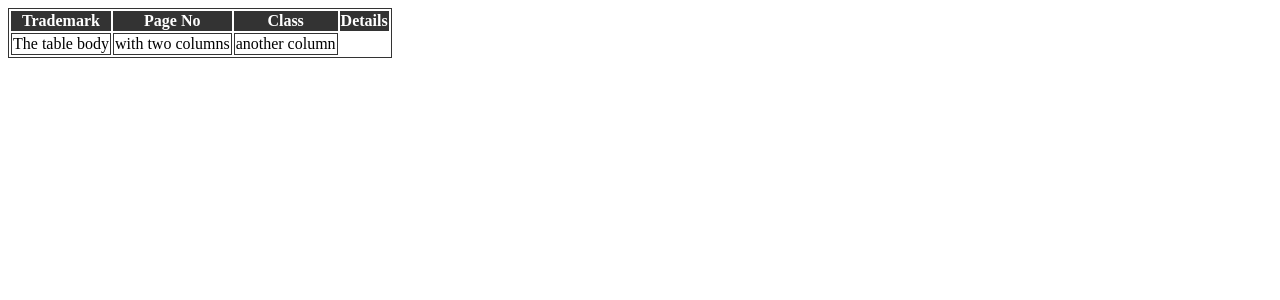
Repository: ishanbassi/trademark-gazette-searcher
Page: /
The author's editor kept a copy of each file at every save. The page is drawn from the files as they stood at one save, then again after the next save.
The browser window is 1280 px wide. The pictures show the whole page.
The project was rebuilt for these pictures with package versions that can differ from the ones it lists, and the page was loaded fresh each time. The framework's server and built-in components were replaced by stand-ins that run in the browser. Also part of the build but not shown: next.config.js.

Above is the page before, as saved 2022-04-04 15:58:12.

### pages/_app.tsx
import '../styles/global.css'

export default function App({Component, pageProps}) {
    return (
        <Component {...pageProps} ></Component>
    )
}

### pages/index.tsx
import { GetServerSideProps } from "next"

export default function App(props) {
    return(
        <table>
            <thead>
                <tr>
                    <th>Trademark</th>
                    <th>Page No</th>
                    <th>Class</th>
                    <th>Details</th>
                </tr>
            </thead>
            <tbody>
                <tr>
                    <td>The table body</td>
                    <td>with two columns</td>
                    <td>another column</td>
                    {console.log(props)}
                </tr>
            </tbody>
        </table>
    )
}

export const  getServerSideProps:GetServerSideProps = async () => {
    return {
        props:{
            'testing':'ishan bassii'
        }
    }
}

Loaded but not shown: styles/global.css (common file)

After the next save:
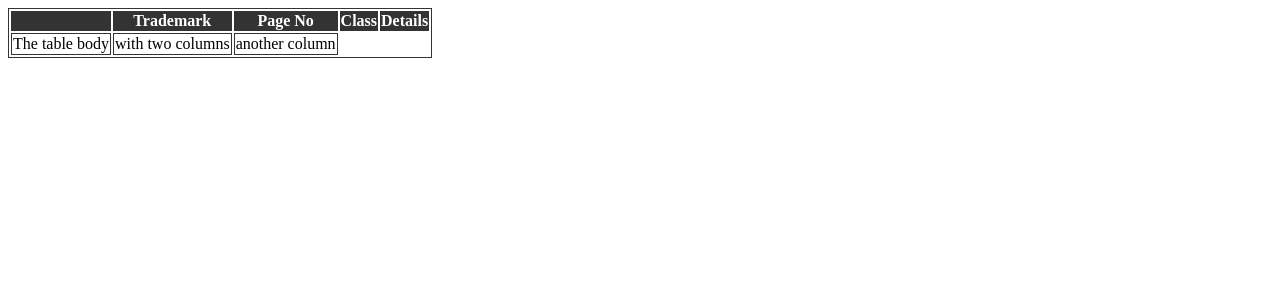
Saved 97 s later.
--- a/pages/index.tsx
+++ b/pages/index.tsx
@@ -5,6 +5,7 @@ export default function App(props) {
         <table>
             <thead>
                 <tr>
+                    <th></th>
                     <th>Trademark</th>
                     <th>Page No</th>
                     <th>Class</th>
@@ -16,7 +17,7 @@ export default function App(props) {
                     <td>The table body</td>
                     <td>with two columns</td>
                     <td>another column</td>
-                    {console.log(props)}
+
                 </tr>
             </tbody>
         </table>
